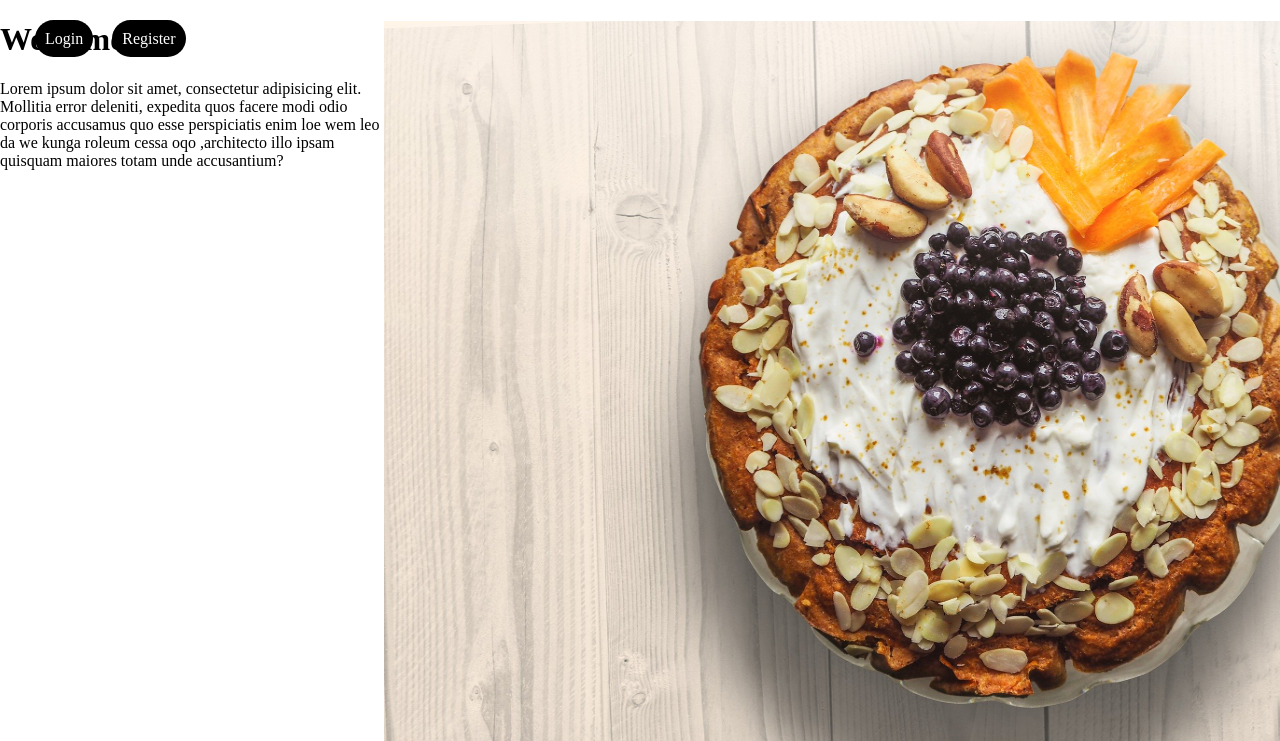
Repository: PatryxB/recipeCook
Page: http://localhost/
An editor plug-in stored every save of this project. The page is shown before and after the next save, followed by the edit.
The browser window is 1280 px wide. The pictures show the whole page.
The page is served by the project's Laravel application, run on PHP 8.4 with Laravel 8. Other server files are loaded and not shown. Style sheets and scripts are compiled from the project's sources, by tool versions that may differ from the author's.

Above is the page before, as saved 2020-05-02 11:23:48.

### resources/views/welcome.blade.php
<!DOCTYPE html>
<html lang="{{ str_replace('_', '-', app()->getLocale()) }}">
    <head>
        <meta charset="utf-8">
        <meta name="viewport" content="width=device-width, initial-scale=1">

        <title>Laravel</title>

        <!-- Fonts -->
        <link href="https://fonts.googleapis.com/css?family=Nunito:200,600" rel="stylesheet">
        <link rel="stylesheet" href="/css/app.css">

    </head>
    <body>
        @extends('layouts.app')
        @section('content')

        <div class="banner">
            <img src="{{asset('/img/cakebanner.jpg')}}" alt="">
            <div class="info">
                <div>
                    <h1>Welcome!</h1>
                    <p>Lorem ipsum dolor sit amet, consectetur adipisicing elit. Mollitia
                    error deleniti, expedita quos facere modi odio corporis accusamus quo
                    esse perspiciatis enim loe wem leo da we kunga roleum cessa oqo
                    ,architecto illo ipsam quisquam maiores totam unde accusantium?</p>
                </div>
            </div>
        </div>

        @endsection
    </body>
</html>

### resources/views/layouts/app.blade.php
<!doctype html>
<html lang="{{ str_replace('_', '-', app()->getLocale()) }}">
<head>
    <meta charset="utf-8">
    <meta name="viewport" content="width=device-width, initial-scale=1">

    <!-- CSRF Token -->
    <meta name="csrf-token" content="{{ csrf_token() }}">

    <title>{{ config('app.name', 'Laravel') }}</title>

    <!-- Scripts -->
    <script src="{{ asset('js/app.js') }}" defer></script>

    <!-- Fonts -->
    <link rel="dns-prefetch" href="//fonts.gstatic.com">
    <link href="https://fonts.googleapis.com/css?family=Nunito" rel="stylesheet">

    <!-- Styles -->
    <link href="{{ asset('css/app.css') }}" rel="stylesheet">
</head>
<body>
    <div id="app">

        <nav>
            @if (Route::has('login'))
                @auth
                    <a href="{{ url('/home') }}">Home</a>
                @else
                    <a href="{{ route('login') }}">Login</a>

                    @if (Route::has('register'))
                        <a href="{{ route('register') }}">Register</a>
                    @endif
                @endauth
            @endif
        </nav>

        <main class="py-4">
            @yield('content')
        </main>
    </>
</body>
</html>

### resources/sass/app.scss
// Fonts
@import url('https://fonts.googleapis.com/css?family=Nunito');

// Variables
@import 'variables';

html, body{
    box-sizing: border-box;
    margin: 0;
    padding: 0;
}
nav{
    position: absolute;
    top: 30px;
    left: 20px;
    z-index: 999;
}
nav a{
    text-decoration: none;
    color: white;
    background-color: black;
    padding: 10px;
    margin-left: 15px;
    border-radius: 25px;
}
.banner img{
    position: relative;
    float: right;
    width: 70%;
    height: 100vh;
    background-repeat: no-repeat;
}
.info{
    width: 30%;
    height: 100vh;
}

Loaded but not shown: routes/web.php (common file); app/Http/Controllers/Auth/LoginController.php (common file); app/Http/Controllers/Controller.php (common file); app/Http/Controllers/Auth/ConfirmPasswordController.php (common file); resources/sass/_variables.scss (common file)

After the next save:
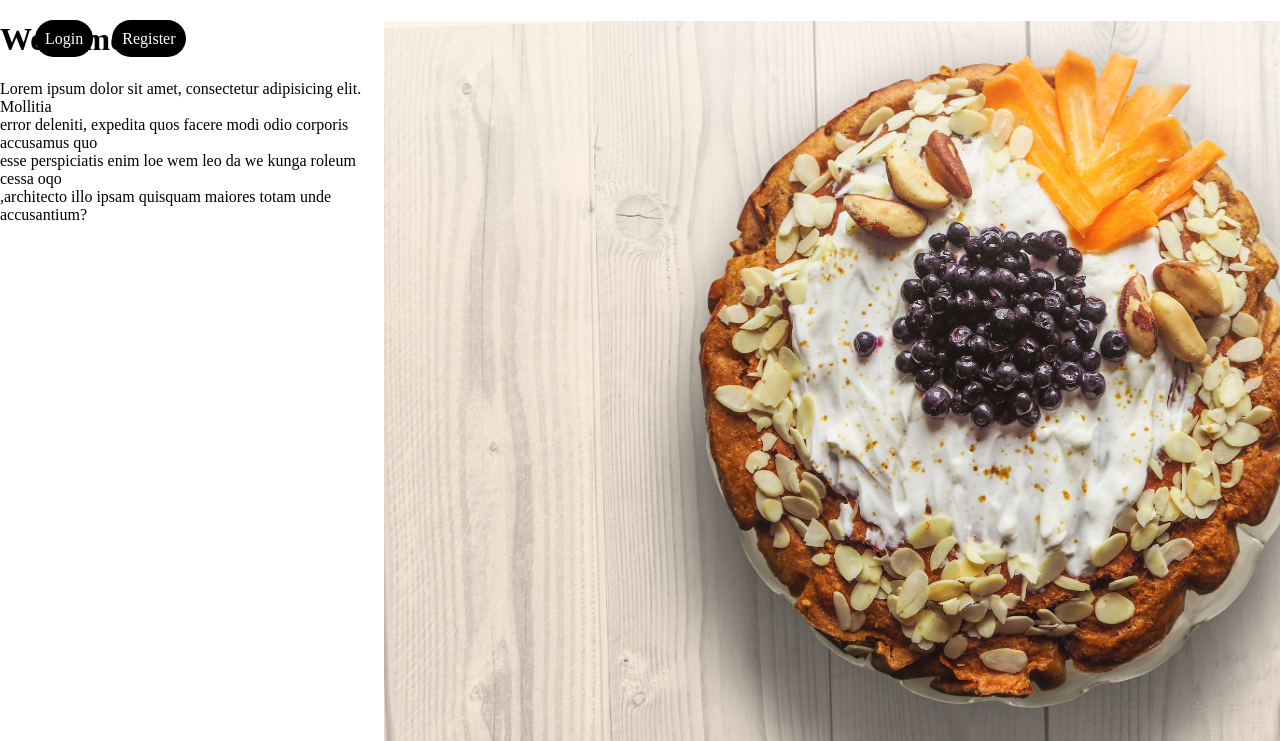
Saved 10 s later.
--- a/resources/views/welcome.blade.php
+++ b/resources/views/welcome.blade.php
@@ -20,9 +20,9 @@
             <div class="info">
                 <div>
                     <h1>Welcome!</h1>
-                    <p>Lorem ipsum dolor sit amet, consectetur adipisicing elit. Mollitia
-                    error deleniti, expedita quos facere modi odio corporis accusamus quo
-                    esse perspiciatis enim loe wem leo da we kunga roleum cessa oqo
+                    <p>Lorem ipsum dolor sit amet, consectetur adipisicing elit. Mollitia <br>
+                    error deleniti, expedita quos facere modi odio corporis accusamus quo <br>
+                    esse perspiciatis enim loe wem leo da we kunga roleum cessa oqo <br>
                     ,architecto illo ipsam quisquam maiores totam unde accusantium?</p>
                 </div>
             </div>
